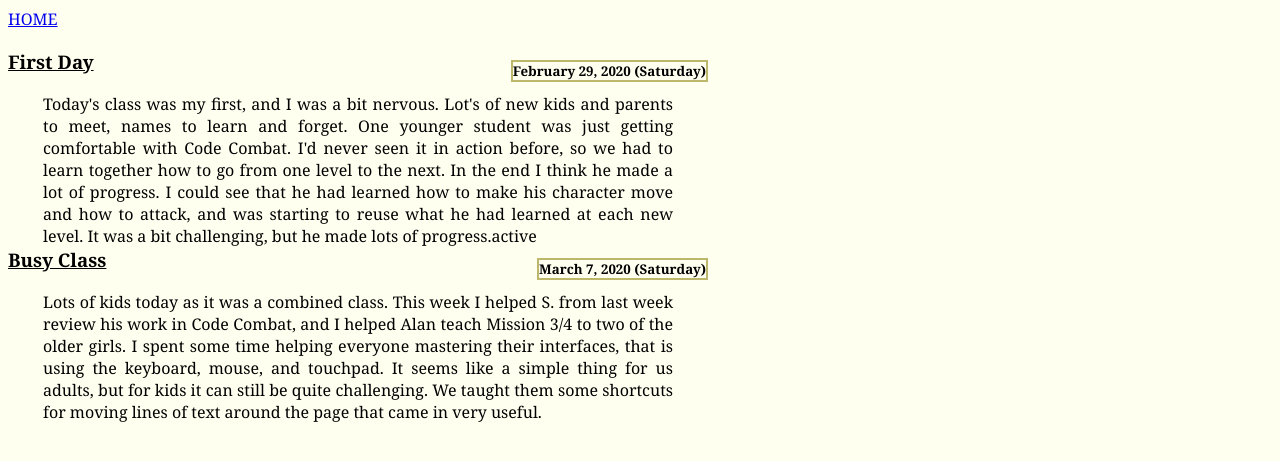
Repository: chocochocosensei/Mission-Exercises
Page: Page1/index.html
The author's editor kept a copy of each file at every save. The page is drawn from the files as they stood at one save, then again after the next save.
The browser window is 1280 px wide. The pictures show the whole page.

Above is the page before, as saved 2020-03-11 04:10:55.

### Page1/index.html
<!doctype html>
<html>

<head>
    <meta charset="utf-8">
    <link rel="stylesheet" href="../style.css">
    <title>Mission Exercises March</title>
</head>

<body>
    <section>
        <div class="nav-bar"><a href="../index.html">HOME</a></div>
    </section>

    <section>
        <div class="section-title">
            <h2 id="entry-date-for-2020-02-29">February 29, 2020 (Saturday)</h2>
        </div>
        <div class="section-activity">
            <div class="card">
                <div class="title">
                    <h3 id="entry-title-for-2020-02-29">First Day</h3>
                </div>
                <div class="content">
                    <p>Today's class was my first, and I was a bit nervous. Lot's of new kids and parents to meet, names to learn and forget. One younger student was just getting comfortable with Code Combat. I'd never seen it in action before, so we had
                        to learn together how to go from one level to the next. In the end I think he made a lot of progress. I could see that he had learned how to make his character move and how to attack, and was starting to reuse what he had learned
                        at each new level. It was a bit challenging, but he made lots of progress.active</p>
                </div>
            </div>

            <div class="card class-hours hidden">
                <div class="title">
                    <h3 id="hours-for-2020-02-29">Hours for February 29, 2020</h3>
                </div>
                <div class="content">
                    <p>Class: 10:30-12:30</p>
                    <p>Hours: 2</p>
                </div>

            </div>
        </div>
    </section>

    <section>
        <div class="section-title">
            <h2 id="entry-date-for-2020-03-07">March 7, 2020 (Saturday)</h2>
        </div>
        <div class="section-activity">
            <div class="card">
                <div class="title">
                    <h3 id="entry-title-for-2020-03-07">Busy Class</h3>
                </div>
                <div class="content">
                    <p>Lots of kids today as it was a combined class. This week I helped S. from last week review his work in Code Combat, and I helped Alan teach Mission 3/4 to two of the older girls. I spent some time helping everyone mastering their interfaces,
                        that is using the keyboard, mouse, and touchpad. It seems like a simple thing for us adults, but for kids it can still be quite challenging. We taught them some shortcuts for moving lines of text around the page that came in very
                        useful.
                    </p>
                </div>
            </div>

            <div class="card class-hours hidden">
                <div class="title">
                    <h3 id="hours-for-2020-02-29">Hours for March 7, 2020</h3>
                </div>
                <div class="content">
                    <p>Class: 10:30-12:30</p>
                    <p>Hours: 2</p>
                </div>

            </div>
        </div>
    </section>
</body>

### style.css
body {
    background-color: ivory;
    font-family: Cambria, Cochin, Georgia, Times, 'Times New Roman', serif;
    max-width: 700px;
}

*.hidden {
    display: none;
}

.section-title h2 {
    font-size: smaller;
    text-align: right;
    float: right;
    width: auto;
    border: 2pt solid darkkhaki;
    z-index: 100;
}

.section-activity {
    padding-bottom: 100px;
    background-color;
    blue;
}

.section-activity .content p {
    margin: 0 5%;
    text-align: justify;
    float: left;
}

.title {
    font-weight: bold;
    text-decoration: underline;
}

After the next save:
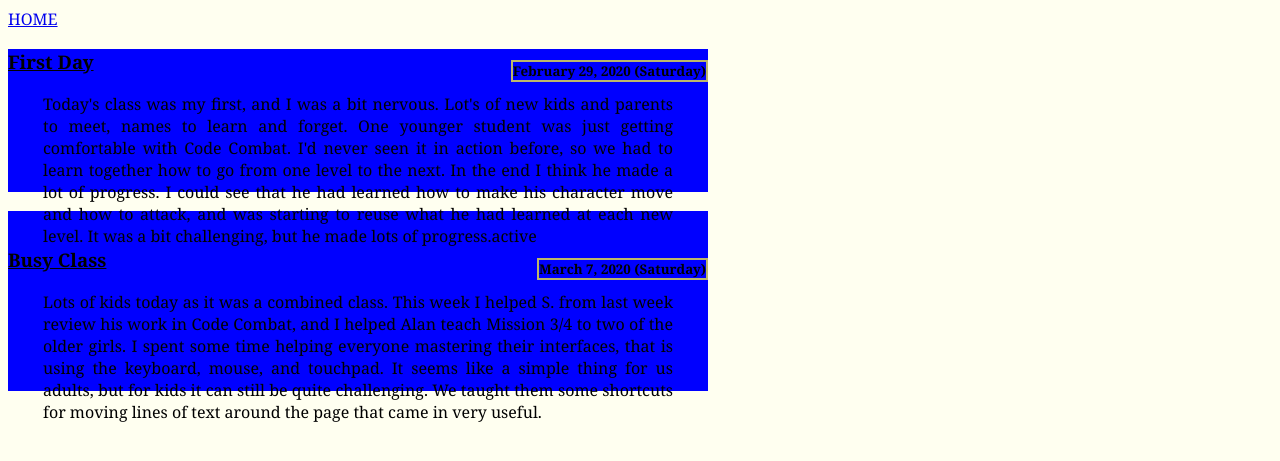
Saved 6 s later.
--- a/style.css
+++ b/style.css
@@ -19,8 +19,7 @@ body {
 
 .section-activity {
     padding-bottom: 100px;
-    background-color;
-    blue;
+    background-color: blue;
 }
 
 .section-activity .content p {
